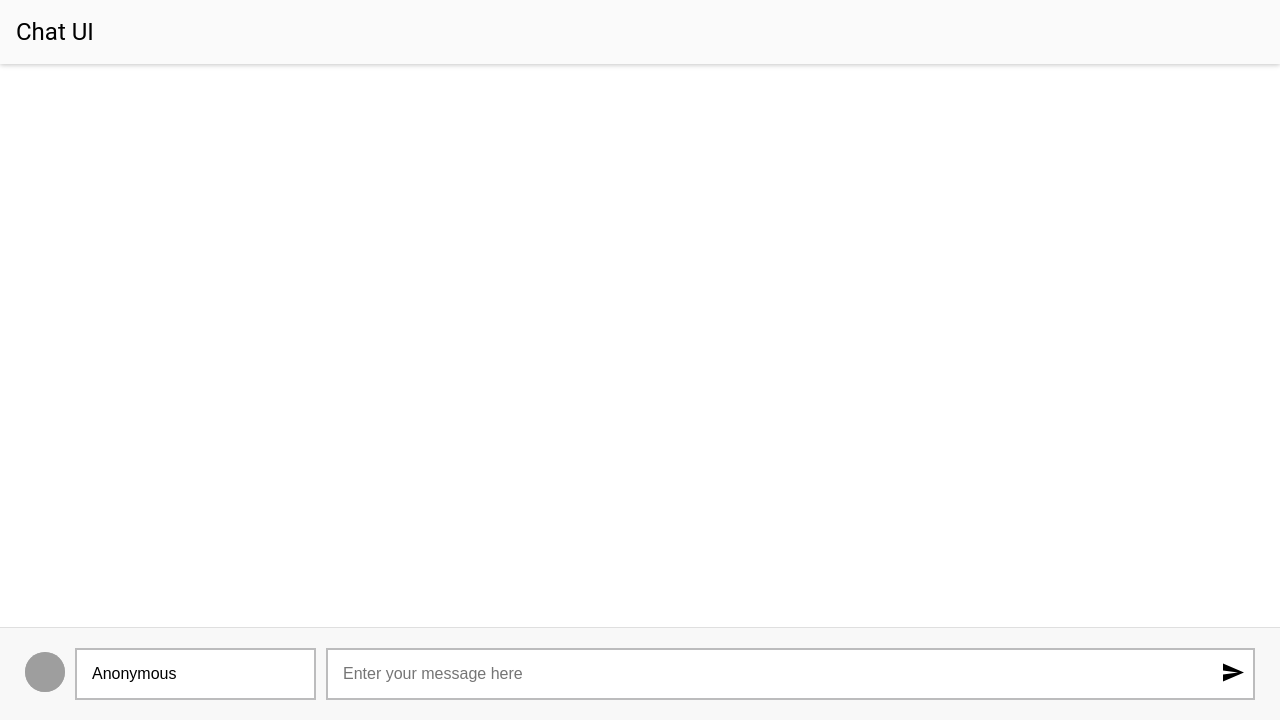
Repository: Faradey27/chat-ui
Page: /
An editor plug-in stored every save of this project. The page is shown before and after the next save, followed by the edit.
The browser window is 1280 px wide. The pictures show the whole page.
Pictures or frames that could not be fetched are drawn as grey boxes. The page's requests for data from a server got no answer. The project was rebuilt for these pictures with package versions that can differ from the ones it lists, and the page was loaded fresh each time. No one was signed in, and anything a server would have sent is missing. Also part of the build but not shown: src/components/MessageUsername/MessageUsername.js, src/components/MessageUsername/index.js, src/components/MessageText/MessageText.js, src/components/MessageText/index.js, src/components/MessageDate/MessageDate.js, src/components/MessageDate/index.js, src/components/Message/Message.js.

Above is the page before, as saved 2018-03-03 23:09:17.

### public/index.html
<!DOCTYPE html>
<html lang="en">
  <head>
    <meta charset="utf-8">
    <meta name="viewport" content="width=device-width, initial-scale=1, shrink-to-fit=no">
    <meta name="theme-color" content="#000000">
    <link rel="manifest" href="%PUBLIC_URL%/manifest.json">
    <link rel="shortcut icon" href="%PUBLIC_URL%/favicon.ico">
    <title>Chat UI</title>
  </head>
  <body>
    <noscript>
      You need to enable JavaScript to run this app.
    </noscript>
    <div id="root"></div>
  </body>
</html>

### src/index.js
import React from 'react';
import ReactDOM from 'react-dom';
import { Provider } from 'react-redux';
import { MuiThemeProvider } from 'material-ui/styles';

import io from "socket.io-client";
import Chat from './containers/Chat';
import configureStore from './data/store/configureStore';
import SocketConnector from './services/SocketConnector';
import StorageConnector from './services/StorageConnector';
import registerServiceWorker from './services/pwa/registerServiceWorker';

import './index.css';

// setuped sockets
const socketIO = io("https://spotim-demo-chat-server.herokuapp.com");
const socket = new SocketConnector({eventName: 'spotim/chat', socket: socketIO});

// setuped redux related things
const storage = new StorageConnector({appName: 'chat-ui-user', storage: window.localStorage}); // localStorage or session storage
const savedUser = storage.getItem('store.user');
const preloadedState = {user: savedUser || {name: 'Anonymous', avatar: ''}};
const reduxStore = configureStore(preloadedState, storage);


ReactDOM.render(
  <Provider store={reduxStore}>
    <MuiThemeProvider>
      <Chat socket={socket}/>
    </MuiThemeProvider>
  </Provider>,
  document.getElementById('root')
);

/*
  As we want to be PWA app, we need to become offline friendly, for this reason we register service worker
*/
registerServiceWorker();

### src/data/store/configureStore.js
if (process.env.NODE_ENV === 'production' || process.env.NODE_ENV === 'test') {
  module.exports = require('./configureStore.prod')
} else {
  module.exports = require('./configureStore.dev')
}

### src/services/SocketConnector.js
import { CHAT_IDENTEFICATOR } from './../config';

const isValidMessage = (message) => message.id && message.text && message.user && message.date;
const isAuthorizedMessage = (message) => message.identificator === CHAT_IDENTEFICATOR;

class SocketConnector {
  eventName = '';
  socket = null;
  connected = false;

  constructor({eventName, socket}) {
    this.eventName = eventName;
    this.socket = socket;
  }

  connect = ({onMessage}) => {
    this.socket.on("connect", () => {
      console.info("connected to chat server!");
      this.connected = true;
    });
    this.socket.on(this.eventName, (message) => this.handleMessage({message, onMessage}));
    this.socket.on("disconnect", () => {
      console.info("disconnected to chat server!");
      this.connected = false;
    });
  }

  handleMessage = ({message, onMessage}) => {
    // as our api services do not have any auth or any client separation, we need to detect somehow just our messages
    if (!isAuthorizedMessage(message)) {
      console.info('We received message from bad guys');
      return -1;
    }
    // we want to skip bad messages
    if (!isValidMessage(message)) {
      console.info('We received invalid message');
      return -1;
    }

    onMessage(message)
  }

  emitMessage(message) {
    this.socket.emit(this.eventName, message);
  }
}

export default SocketConnector;

### src/services/StorageConnector.js
class SocketConnector {
  appName = '';
  storage = null;

  constructor({appName, storage}) {
    this.appName = appName;
    this.storage = storage;
  }

  _getMaskedKey = (key) => `${this.appName}-${key}`;

  setItem(key, value) {
    this.storage.setItem(this._getMaskedKey(key), JSON.stringify(value));
  }

  getItem(key) {
    const item = this.storage.getItem(this._getMaskedKey(key));
    if (!item) {
      return '';
    }

    try {
      return JSON.parse(item);
    } catch (e) {
      throw e;
    }
  }

  removeItem(key) {
    this.storage.removeItem(this._getMaskedKey(key));
  }
}

export default SocketConnector;

### src/services/pwa/registerServiceWorker.js
// In production, we register a service worker to serve assets from local cache.

// This lets the app load faster on subsequent visits in production, and gives
// it offline capabilities. However, it also means that developers (and users)
// will only see deployed updates on the "N+1" visit to a page, since previously
// cached resources are updated in the background.

// To learn more about the benefits of this model, read https://goo.gl/KwvDNy.
// This link also includes instructions on opting out of this behavior.

const isLocalhost = Boolean(
  window.location.hostname === 'localhost' ||
    // [::1] is the IPv6 localhost address.
    window.location.hostname === '[::1]' ||
    // 127.0.0.1/8 is considered localhost for IPv4.
    window.location.hostname.match(
      /^127(?:\.(?:25[0-5]|2[0-4][0-9]|[01]?[0-9][0-9]?)){3}$/
    )
);

export default function register() {
  if (process.env.NODE_ENV === 'production' && 'serviceWorker' in navigator) {
    // The URL constructor is available in all browsers that support SW.
    const publicUrl = new URL(process.env.PUBLIC_URL, window.location);
    if (publicUrl.origin !== window.location.origin) {
      // Our service worker won't work if PUBLIC_URL is on a different origin
      // from what our page is served on. This might happen if a CDN is used to
      // serve assets; see https://github.com/facebookincubator/create-react-app/issues/2374
      return;
    }

    window.addEventListener('load', () => {
      const swUrl = `${process.env.PUBLIC_URL}/service-worker.js`;

      if (isLocalhost) {
        // This is running on localhost. Lets check if a service worker still exists or not.
        checkValidServiceWorker(swUrl);

        // Add some additional logging to localhost, pointing developers to the
        // service worker/PWA documentation.
        navigator.serviceWorker.ready.then(() => {
          console.log(
            'This web app is being served cache-first by a service ' +
              'worker. To learn more, visit https://goo.gl/SC7cgQ'
          );
        });
      } else {
        // Is not local host. Just register service worker
        registerValidSW(swUrl);
      }
    });
  }
}

function registerValidSW(swUrl) {
  navigator.serviceWorker
    .register(swUrl)
    .then(registration => {
      registration.onupdatefound = () => {
        const installingWorker = registration.installing;
        installingWorker.onstatechange = () => {
          if (installingWorker.state === 'installed') {
            if (navigator.serviceWorker.controller) {
              // At this point, the old content will have been purged and
              // the fresh content will have been added to the cache.
              // It's the perfect time to display a "New content is
              // available; please refresh." message in your web app.
              console.log('New content is available; please refresh.');
            } else {
              // At this point, everything has been precached.
              // It's the perfect time to display a
              // "Content is cached for offline use." message.
              console.log('Content is cached for offline use.');
            }
          }
        };
      };
    })
    .catch(error => {
      console.error('Error during service worker registration:', error);
    });
}

function checkValidServiceWorker(swUrl) {
  // Check if the service worker can be found. If it can't reload the page.
  fetch(swUrl)
    .then(response => {
      // Ensure service worker exists, and that we really are getting a JS file.
      if (
        response.status === 404 ||
        response.headers.get('content-type').indexOf('javascript') === -1
      ) {
        // No service worker found. Probably a different app. Reload the page.
        navigator.serviceWorker.ready.then(registration => {
          registration.unregister().then(() => {
            window.location.reload();
          });
        });
      } else {
        // Service worker found. Proceed as normal.
        registerValidSW(swUrl);
      }
    })
    .catch(() => {
      console.log(
        'No internet connection found. App is running in offline mode.'
      );
    });
}

export function unregister() {
  if ('serviceWorker' in navigator) {
    navigator.serviceWorker.ready.then(registration => {
      registration.unregister();
    });
  }
}

### src/index.css
/*
  here we have global styles that need to be applied for whole page(like normalisation)
*/

body {
  margin: 0;
  padding: 0;
  font-family: sans-serif;
}

### src/containers/Chat/Chat.js
import React from 'react';
import { func, instanceOf } from 'prop-types';
import { connect } from 'react-redux';
import AppBar from 'material-ui/AppBar';
import { grey50 } from 'material-ui/styles/colors';
import { css } from 'emotion';
import { addMessage } from './../../data/messages/messagesActions';
import SocketConnector from '../../services/SocketConnector';
import MessageCreationArea from './../MessageCreationArea';
import MessageListArea from './../MessageListArea';
import Column from './../../components/Column';

const chatStyles = css`
  height: 100vh;
  display: flex;
  flex-direction: column;
`;

class Chat extends React.Component {
  static propTypes = {
    socket: instanceOf(SocketConnector).isRequired,
    addMessage: func.isRequired, // dispatched action from react-redux
  }

  componentDidMount() {
    this.props.socket.connect({onMessage: this.props.addMessage})
  }

  handleMessageAdd = (message) => this.props.socket.emitMessage(message)

  render() {
    return (
      <div
        className={chatStyles}
        data-hook="chat"
      >
        <AppBar
          titleStyle={{color: 'initial'}}
          style={{ backgroundColor: grey50 }}
          iconElementLeft={<span/>}
          title="Chat UI"
        />
        <Column>
          <MessageListArea />
          <MessageCreationArea onMessageAdd={this.handleMessageAdd}/>
        </Column>
      </div>
    );
  }
}

export default connect(null, { addMessage })(Chat);

### src/data/store/configureStore.dev.js
import { createStore, applyMiddleware } from 'redux';
import { createLogger } from 'redux-logger';
import rootReducer from './rootReducer';
import saveUserToStorageMiddleware from './../middleware/saveUserToStorage';

const configureStore = (preloadedState, storage) => {
  const store = createStore(
    rootReducer,
    preloadedState,
    applyMiddleware(createLogger(), saveUserToStorageMiddleware(storage))
  );

  return store;
}

export default configureStore;

### src/config.js
export const CHAT_IDENTEFICATOR = 'APPLICATION_INDENTIFICATOR_942345';

### src/data/messages/messagesActions.js
export const ADD_MESSAGE = 'ADD_MESSAGE';
export const addMessage = (message) => ({
  type: ADD_MESSAGE,
  message,
})

### src/containers/MessageCreationArea/index.js
export { default } from './MessageCreationArea';

### src/containers/MessageListArea/index.js
export { default } from './MessageListArea';

### src/components/Column/index.js
export {default} from './Column';

### src/data/store/rootReducer.js
import { combineReducers } from 'redux';
import messages from './../messages/messagesReducer';
import user from './../user/userReducer';

const rootReducer = combineReducers({
  messages,
  user,
});

export default rootReducer;

### src/data/middleware/saveUserToStorage.js
import { SET_USER_AVATAR, SET_USER_NAME } from './../user/userActions';

const middleware = (storage) => (store) => (next) => (action) => {
  next(action);

  if (action.type === SET_USER_AVATAR || action.type === SET_USER_NAME) {
    storage.setItem('store.user', store.getState().user);
  }
}

export default middleware;

### src/containers/MessageCreationArea/MessageCreationArea.js
import React from 'react';
import { shape, string, func } from 'prop-types';
import uuidv4 from 'uuid/v4';
import { connect } from 'react-redux';
import { selectUser } from './../../data/user/userSelectors';
import { setUserAvatar, setUsername } from './../../data/user/userActions';
import MessageCreationAreaView from './MessageCreationAreaView';
import { CHAT_IDENTEFICATOR } from './../../config';
import avatars from './../../assets/avatars';

const getRandomAvatar = () => avatars[Math.floor(Math.random() * avatars.length)]

class MessageCreationArea extends React.Component {
  static propTypes = {
    user: shape({ // from redux store
      name: string,
      avatar: string,
    }),
    setUserAvatar: func, // redux action
    setUsername: func, // redux action
    onMessageAdd: func.isRequired,
  }

  state = {
    messageText: '',
  }

  componentDidMount() {
    if (!this.props.user.avatar) {
      this.props.setUserAvatar(getRandomAvatar());
    }
  }

  handleMessageChange = (messageText) => this.setState({messageText})

  handleMessageAdd = () => {
    if (!this.state.messageText) {
      return null;
    }

    this.props.onMessageAdd({
      id: uuidv4(),
      text: this.state.messageText,
      date: Date.now(),
      user: {
        name: this.props.user.name,
        avatar: this.props.user.avatar,
      },
      identificator: CHAT_IDENTEFICATOR
    });

    this.resetMessage();
  }

  resetMessage = () => this.handleMessageChange('')

  render() {
    return (
      <MessageCreationAreaView
        avatar={this.props.user.avatar}
        username={this.props.user.name}
        messageText={this.state.messageText}
        onMessageAdd={this.handleMessageAdd}
        onMessageChange={this.handleMessageChange}
        onUsernameChange={this.props.setUsername}
      />
    );
  }
}

export default connect(
  (state) => ({
    user: selectUser(state)
  }),
  { setUsername, setUserAvatar }
)(MessageCreationArea);

### src/containers/MessageListArea/MessageListArea.js
import React from 'react';
import { array } from 'prop-types';
import { connect } from 'react-redux';
import MessageListAreaView from './MessageListAreaView';
import { selectMessages } from './../../data/messages/messagesSelectors';

class MessageListArea extends React.Component {
  static propTypes = {
    messages: array, // from store
  }

  render() {
    return (
      <MessageListAreaView messages={this.props.messages}/>
    );
  }
}

export default connect((state) => ({ messages: selectMessages(state)}))(MessageListArea);

### src/components/Column/Column.js
import React from 'react';
import { css } from 'emotion';

const columnStyles = css`
  position: relative;
  display: flex;
  flex: 1;
  flex-direction: column;
`;

export default ({children}) => (
  <div className={columnStyles}>
    {children}
  </div>
);

### src/data/messages/messagesReducer.js
import { ADD_MESSAGE } from './messagesActions';

const messages = (state = [], action) => {
  switch (action.type) {
    case ADD_MESSAGE:
      return [...state, action.message];
    default:
      return state;
  }
};

export default messages;

### src/data/user/userReducer.js
import { SET_USER_AVATAR, SET_USER_NAME } from './userActions';

const user = (state = {avatar: '', name: ''}, action) => {
  switch (action.type) {
    case SET_USER_AVATAR:
      return {...state, avatar: action.avatar};
    case SET_USER_NAME:
      return {...state, name: action.name};
    default:
      return state;
  }
};

export default user;

### src/data/user/userActions.js
export const SET_USER_AVATAR = 'SET_USER_AVATAR';
export const setUserAvatar = (avatar) => ({
  type: SET_USER_AVATAR,
  avatar,
})

export const SET_USER_NAME = 'SET_USER_NAME';
export const setUsername = (name) => ({
  type: SET_USER_NAME,
  name,
})

### src/data/user/userSelectors.js
// TODO, in future we could start to use reselect
export const selectUser = (state) => state.user

### src/containers/MessageCreationArea/MessageCreationAreaView.js
import React from 'react';
import { string, func } from 'prop-types';
import { css } from 'emotion';
import UsernameTextField from './../../components/UsernameTextField';
import MessageTextField from './../../components/MessageTextField';
import SendButton from './../../components/SendButton';

const messageAreaStyles = css`
  background-color: #f8f8f8;
  padding: 20px 25px;
  display: flex;
  align-items: center;
  border-top: 1px solid rgba(0, 0, 0, 0.1);
`;

const messageAreaSendStyles = css`
  position: relative;
  width: 100%;
`;

class MessageCreationAreaView extends React.Component {
  static propTypes = {
    avatar: string,
    username: string,
    onMessageAdd: func,
    onMessageChange: func,
    onUsernameChange: func
  }

  handleFormSubmit = (e) => {
    e.preventDefault();
    this.props.onMessageAdd();
  }

  render() {
    return (
      <div
        className={messageAreaStyles}
        data-hook="message-creation-area"
      >
        <UsernameTextField
          avatar={this.props.avatar}
          username={this.props.username}
          onUsernameChange={this.props.onUsernameChange}
        />
        <form
          className={messageAreaSendStyles}
          onSubmit={this.handleFormSubmit}
        >
          <MessageTextField
            messageText={this.props.messageText}
            onMessageChange={this.props.onMessageChange}
          />
          <SendButton />
        </form>
      </div>
    );
  }
}

export default MessageCreationAreaView;

### src/assets/avatars.json
[
  "https://spotim-demo-chat-server.herokuapp.com/avatars/001-snorlax.png",
  "https://spotim-demo-chat-server.herokuapp.com/avatars/002-psyduck.png",
  "https://spotim-demo-chat-server.herokuapp.com/avatars/003-pikachu.png",
  "https://spotim-demo-chat-server.herokuapp.com/avatars/004-jigglypuff.png",
  "https://spotim-demo-chat-server.herokuapp.com/avatars/005-bullbasaur.png"
]

### src/containers/MessageListArea/MessageListAreaView.js
import React from 'react';
import { array } from 'prop-types';
import { css } from 'emotion';

import Message from './../../components/Message';

const messageListStyles = css`
  display: flex;
  flex-direction: column;
  height: 100%;
`;

class MessageListAreaView extends React.Component {
  static propTypes = {
    messages: array,
  }

  render() {
    return (
      <div
        className={messageListStyles}
        data-hook="message-list-area"
      >
        {this.props.messages.map((message) => <Message key={message.id} message={message}/>)}
      </div>
    );
  }
}

export default MessageListAreaView;

### src/data/messages/messagesSelectors.js
// TODO, in future we could start to use reselect
export const selectMessages = (state) => state.messages

### src/components/UsernameTextField/index.js
export { default } from './UsernameTextField';

### src/components/MessageTextField/index.js
export { default } from './MessageTextField';

### src/components/SendButton/index.js
export { default } from './SendButton';

### src/components/UsernameTextField/UsernameTextField.js
import React from 'react';
import { string, func } from 'prop-types';
import { css } from 'emotion';
import Avatar from './../Avatar';

const usernameStyles = css`
  display: flex;
  align-items: center;
  margin-right: 10px;
`;

const usernameInputStyles = css`
  font-size: 16px;
  border: 2px solid rgba(160,160,162,.7);
  padding: 15px;
  margin-left: 10px;
  outline: none;
`;

class UsernameTextField extends React.Component {
  static propTypes = {
    avatar: string,
    username: string,
    onUsernameChange: func.isRequired
  }

  handleUsernameChange = (e) => this.props.onUsernameChange(e.target.value)

  render() {
    return (
      <div
        className={usernameStyles}
        data-hook="username-text-field"
      >
        <Avatar avatar={this.props.avatar}/>
        <input
          className={usernameInputStyles}
          data-hook="username-text-field-input"
          value={this.props.username}
          onChange={this.handleUsernameChange}
        />
      </div>
    );
  }
}

export default UsernameTextField;

### src/components/MessageTextField/MessageTextField.js
import React from 'react';
import { string, func } from 'prop-types';
import { css } from 'emotion';

const textAreaStyles = css`
  font-size: 16px;
  border: 2px solid rgba(160,160,162,.7);
  width: 100%;
  padding: 15px;
  outline: none;
`;

const textAreaWrapStyles = css`
  display: flex;
`;

class MessageTextField extends React.Component {
  static propTypes = {
    messageText: string,
    onMessageChange: func.isRequired,
  }

  handleMessageChange = (e) => {
    this.props.onMessageChange(e.target.value);
  }

  render() {
    return (
      <div
        data-hook="message-text-field"
        className={textAreaWrapStyles}
      >
        <input
          data-hook="message-text-field-textarea"
          placeholder="Enter your message here"
          className={textAreaStyles}
          value={this.props.messageText}
          onChange={this.handleMessageChange}
        />
      </div>
    );
  }
}

export default MessageTextField;

### src/components/SendButton/SendButton.js
import React from 'react';
import { func } from 'prop-types';
import { css } from 'emotion';

const sendButtonStyles = css`
  position: absolute;
  right: 10px;
  top: 50%;
  transform: translateY(-50%);
  background: transparent;
  border: none;
  padding: 0;
`;

class SendButton extends React.Component {
  static propTypes = {
    onClick: func,
  }

  render() {
    return (
      <div
        data-hook="send-button"
      >
        <button
          type="submit"
          className={sendButtonStyles}
          data-hook="send-button-el"
          onClick={this.props.onClick}
        >
          <svg
            height="24"
            width="24"
            viewBox="0 0 48 48"
          >
            <path d="M4.02 42l41.98-18-41.98-18-.02 14 30 4-30 4z"/>
            <path d="M0 0h48v48h-48z" fill="none"/>
          </svg>
        </button>
      </div>
    );
  }
}

export default SendButton;

### src/components/Avatar/Avatar.js
import React from 'react';
import Avatar from 'material-ui/Avatar';

export default ({avatar}) => (
  <div data-hook="avatar">
    <Avatar src={avatar}/>
  </div>
);

Loaded but not shown: src/containers/Chat/index.js (common file); src/components/Message/index.js (common file); src/components/Avatar/index.js (common file)

After the next save:
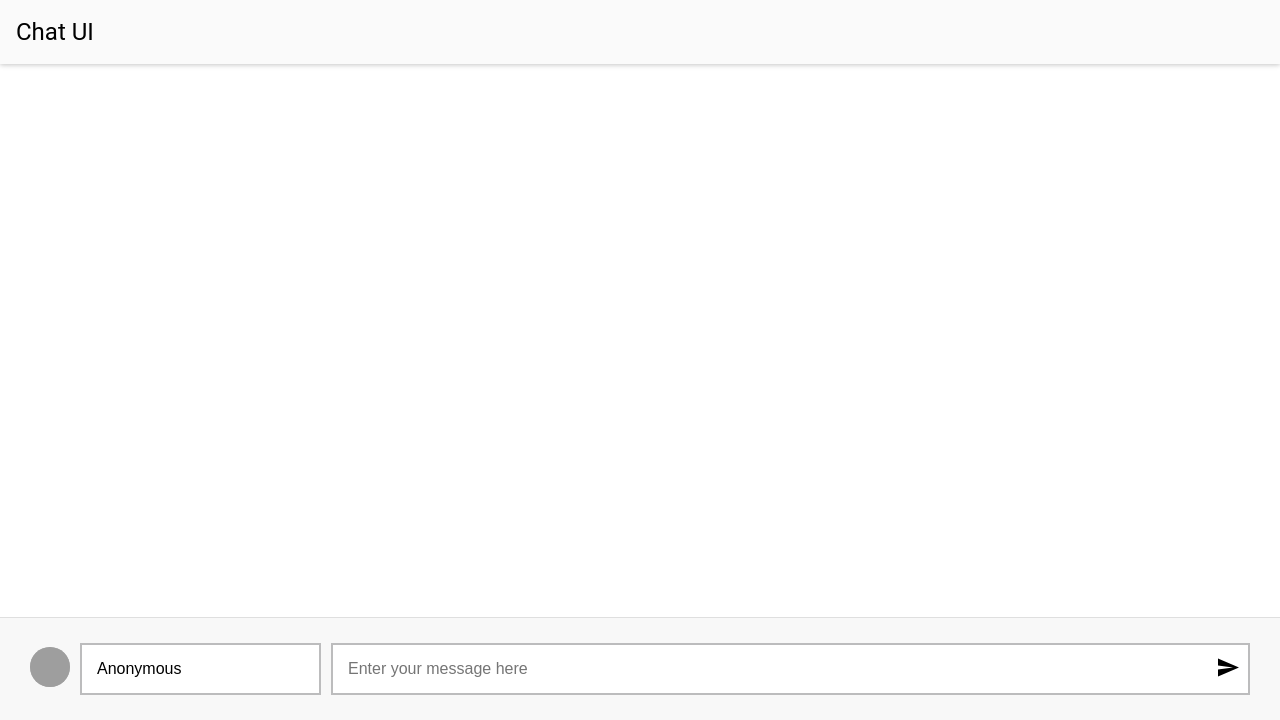
Saved 21 s later.
--- a/src/containers/MessageCreationArea/MessageCreationAreaView.js
+++ b/src/containers/MessageCreationArea/MessageCreationAreaView.js
@@ -7,7 +7,7 @@ import SendButton from './../../components/SendButton';
 
 const messageAreaStyles = css`
   background-color: #f8f8f8;
-  padding: 20px 25px;
+  padding: 25px 30px;
   display: flex;
   align-items: center;
   border-top: 1px solid rgba(0, 0, 0, 0.1);
